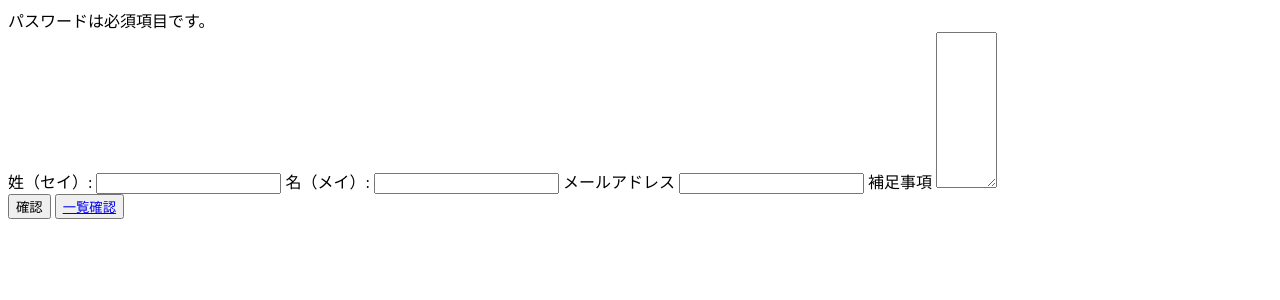
Repository: yoshiryoryo/phpform2
Page: http://localhost/
An editor plug-in stored every save of this project. The page is shown before and after the next save, followed by the edit.
The browser window is 1280 px wide. The pictures show the whole page.
The page is run by PHP 8.4 with error messages shown; the project is at /var/www/html/.

Above is the page before, as saved 2021-03-05 11:41:14.

### index.php
<?php
// セッションIDは個人を識別するために必要なID
session_start();
function generateToken()
{
    // セキュリティ上他者からの予測を困難にするため、乱数を設定する
    $bytes = openssl_random_pseudo_bytes(16);
    return bin2hex($bytes);
}
$token = generateToken();
$_SESSION['token'] = $token;

// バリデーション
if(empty($sei)){
    echo 'パスワードは必須項目です。';
  }


?>

<!DOCTYPE html>
<html lang="ja">
<head>
    <meta charset="UTF-8">
    <meta http-equiv="X-UA-Compatible" content="IE=edge">
    <meta name="viewport" content="width=device-width, initial-scale=1.0">
    <title>Document</title>
</head>
<body>
    <form action="confirm.php" method="get">
      <div>
        <tr>
            <th>姓（セイ）:</th>
            <td><input type="text" name="sei"></td>
        </tr>
        <tr>
            <th>名（メイ）:</th>
            <td><input type="text" name="mei"></td>
        </tr>
        <tr>
            <th>メールアドレス</th>
            <td><input type="text" name="email"></td>
        </tr>
        <tr>
            <th>補足事項</th>
            <td><textarea name="text" id="" cols="5" rows="10"></textarea></td>
        </tr>
      </div>
      <button type="submit" name="confirm" value="send">確認</button>
      <button><a href="member.php">一覧確認</a></button>
    </form>
</body>
</html>

After the next save:
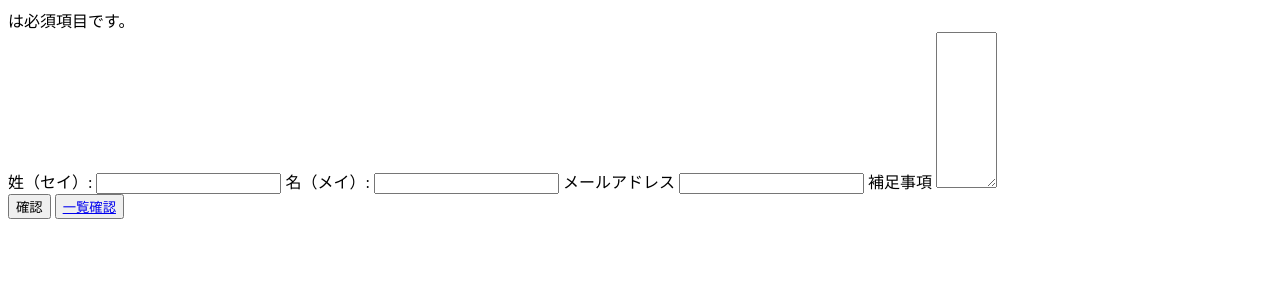
Saved 6 s later.
--- a/index.php
+++ b/index.php
@@ -12,7 +12,7 @@ $_SESSION['token'] = $token;
 
 // バリデーション
 if(empty($sei)){
-    echo 'パスワードは必須項目です。';
+    echo 'は必須項目です。';
   }
 
 
